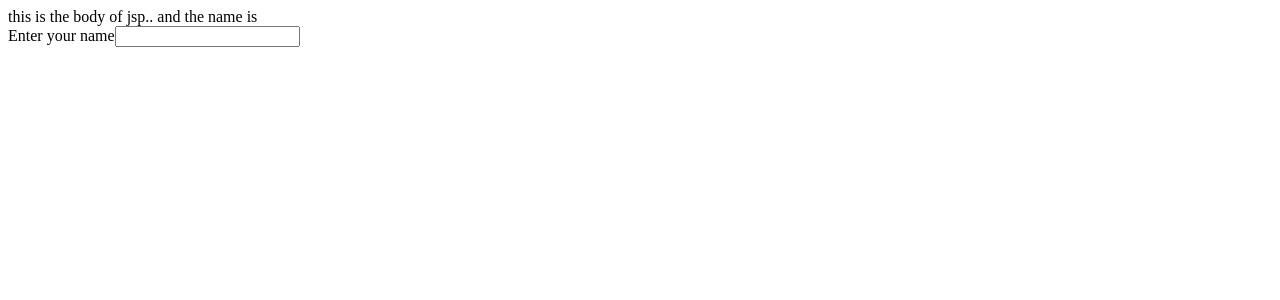
Repository: Archie97/Spring-mvc
Page: http://localhost/first-web-application/login.do
An editor plug-in stored every save of this project. The page is shown before and after the next save, followed by the edit.
The browser window is 1280 px wide. The pictures show the whole page.
The page is served by Tomcat 9. Other server files are loaded and not shown.

Above is the page before, as saved 2018-10-26 13:35:28.

### first-web-application/src/main/webapp/WEB-INF/views/login.jsp
<%@ page language="java" contentType="text/html; charset=ISO-8859-1"
    pageEncoding="ISO-8859-1"%>
<!DOCTYPE html >
<html>
<head>
<meta http-equiv="Content-Type" content="text/html; charset=ISO-8859-1">
<title>BLOODY hell coming from jsp.....</title>
</head>
<body>
this is the body of jsp.. and the name is ${name}
<form action="/login.do">
Enter your name<input type="text" name="name"/>
</form>
</body>
</html>

### first-web-application/src/main/java/com/in28minutes/jee/LoginServlet.java
package com.in28minutes;

import java.io.IOException;
import java.io.PrintWriter;
import javax.servlet.ServletException;
import javax.servlet.annotation.WebServlet;
import javax.servlet.http.HttpServlet;
import javax.servlet.http.HttpServletRequest;
import javax.servlet.http.HttpServletResponse;
@WebServlet(urlPatterns= "/login.do")
public class LoginServlet extends HttpServlet{

	protected void doGet(HttpServletRequest request,
			HttpServletResponse response)throws ServletException, IOException{
		String name=request.getParameter("name");
		request.setAttribute("name", name);
		request.getRequestDispatcher("WEB-INF/views/login.jsp").forward(request, response);
	}

}

After the next save:
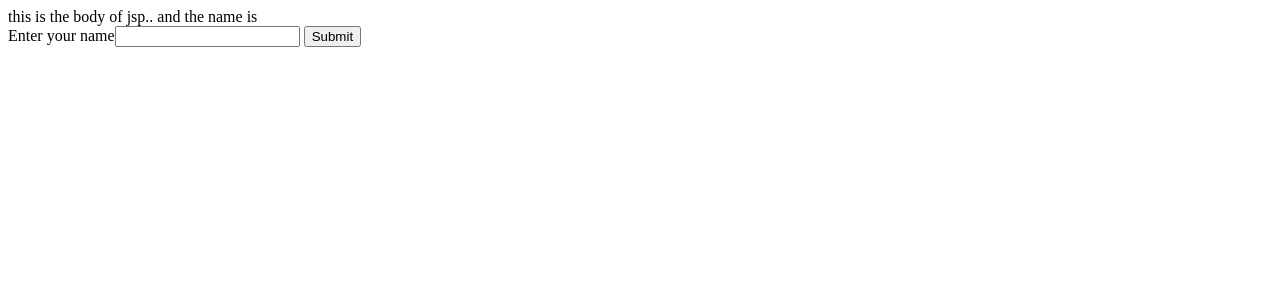
Saved 33 s later.
--- a/first-web-application/src/main/webapp/WEB-INF/views/login.jsp
+++ b/first-web-application/src/main/webapp/WEB-INF/views/login.jsp
@@ -9,7 +9,7 @@
 <body>
 this is the body of jsp.. and the name is ${name}
 <form action="/login.do">
-Enter your name<input type="text" name="name"/>
+Enter your name<input type="text" name="name"/> <input type="submit"/>
 </form>
 </body>
 </html>
